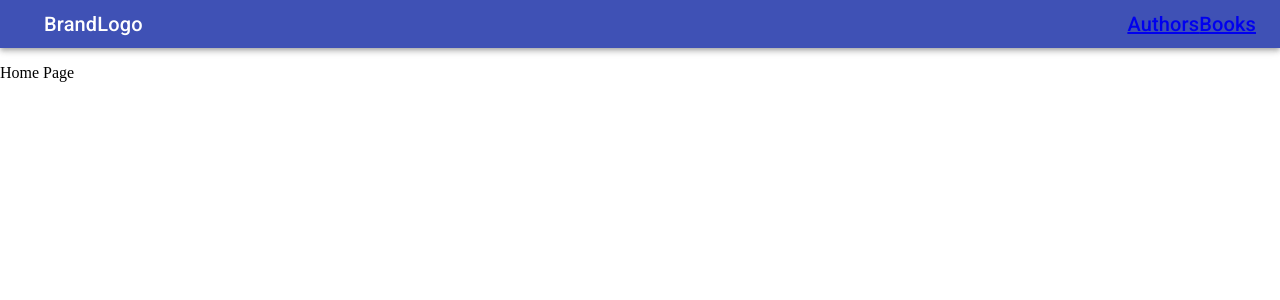
Repository: Sociophuck/00007494
Page: / (app in front/)
An editor plug-in stored every save of this project. The page is shown before and after the next save, followed by the edit.
The browser window is 1280 px wide. The pictures show the whole page.
The project was rebuilt for these pictures with package versions that can differ from the ones it lists, and the page was loaded fresh each time. Also part of the build but not shown: front/src/Author.js, front/src/App.css, front/src/Book.js.

Above is the page before, as saved 2021-04-04 11:07:06.

### front/src/index.css
body {
  margin: 0;
}

.header-links {
  display: flex;
}
.link {
  margin-left: 20px;
  text-decoration: none;
  color: white;
}
.link:hover {
  color: turquoise;
}

### front/src/App.js
import Author from "./Author";
import "./App.css";
import { BrowserRouter as Router, Route, Switch } from "react-router-dom";
import Book from "./Book";
import Home from "./Home";
import NavBar from "./NavBar";

function App() {
  return (
    <Router>
      <div className="App">
        <NavBar />
        <div>
          <Switch>
            <Route exact path="/">
              <Home />
            </Route>
            <Route path="/authors">
              <Author />
            </Route>
            <Route path="/books">
              <Book />
            </Route>
          </Switch>
        </div>
      </div>
    </Router>
  );
}

export default App;

### front/src/Home.js
function Home() {
  return (
    <div>
      <p>Home Page</p>
    </div>
  );
}

export default Home;

### front/src/NavBar.js
import { Link } from "react-router-dom";
import React from "react";
import { makeStyles } from "@material-ui/core/styles";
import AppBar from "@material-ui/core/AppBar";
import Toolbar from "@material-ui/core/Toolbar";
import Typography from "@material-ui/core/Typography";

const useStyles = makeStyles((theme) => ({
  root: {
    flexGrow: 1,
    color: "",
  },
  logo: {
    flexGrow: 1,
  },
}));

function NavBar() {
  const classes = useStyles();

  return (
    <div className={classes.root}>
      <AppBar position="static">
        <Toolbar variant="dense">
          <Typography className={classes.logo} variant="h6">
            <Link to="/" className="link">
              BrandLogo
            </Link>
          </Typography>

          <div className="header-links">
            <Link to="/authors">
              <Typography className="link" variant="h6" color="inherit">
                Authors
              </Typography>
            </Link>
            <Link to="/books">
              <Typography className="link" variant="h6" color="inherit">
                Books
              </Typography>
            </Link>
          </div>
        </Toolbar>
      </AppBar>
    </div>
  );
}

export default NavBar;

Loaded but not shown: front/public/index.html (common file); front/src/index.js (common file)

After the next save:
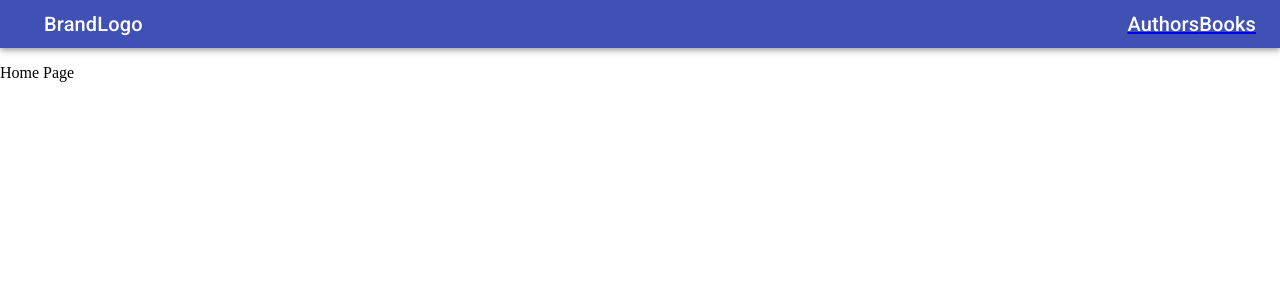
Saved 6 s later.
--- a/front/src/NavBar.js
+++ b/front/src/NavBar.js
@@ -30,12 +30,12 @@ function NavBar() {
 
           <div className="header-links">
             <Link to="/authors">
-              <Typography className="link" variant="h6" color="inherit">
+              <Typography className="link" variant="h6">
                 Authors
               </Typography>
             </Link>
             <Link to="/books">
-              <Typography className="link" variant="h6" color="inherit">
+              <Typography className="link" variant="h6">
                 Books
               </Typography>
             </Link>
